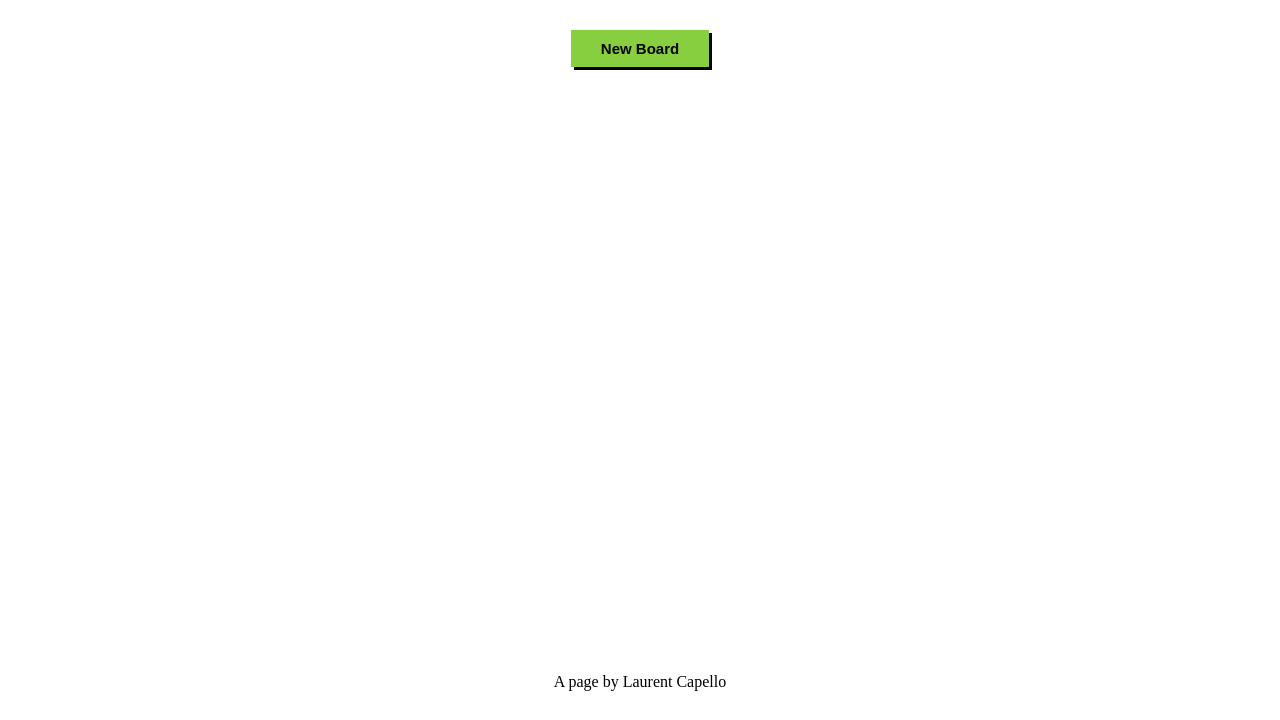
Repository: sokafootball/etch-a-sketc
Page: index.html
An editor plug-in stored every save of this project. The page is shown before and after the next save, followed by the edit.
The browser window is 1280 px wide. The pictures show the whole page.

Above is the page before, as saved 2020-04-18 11:21:50.

After the next save:
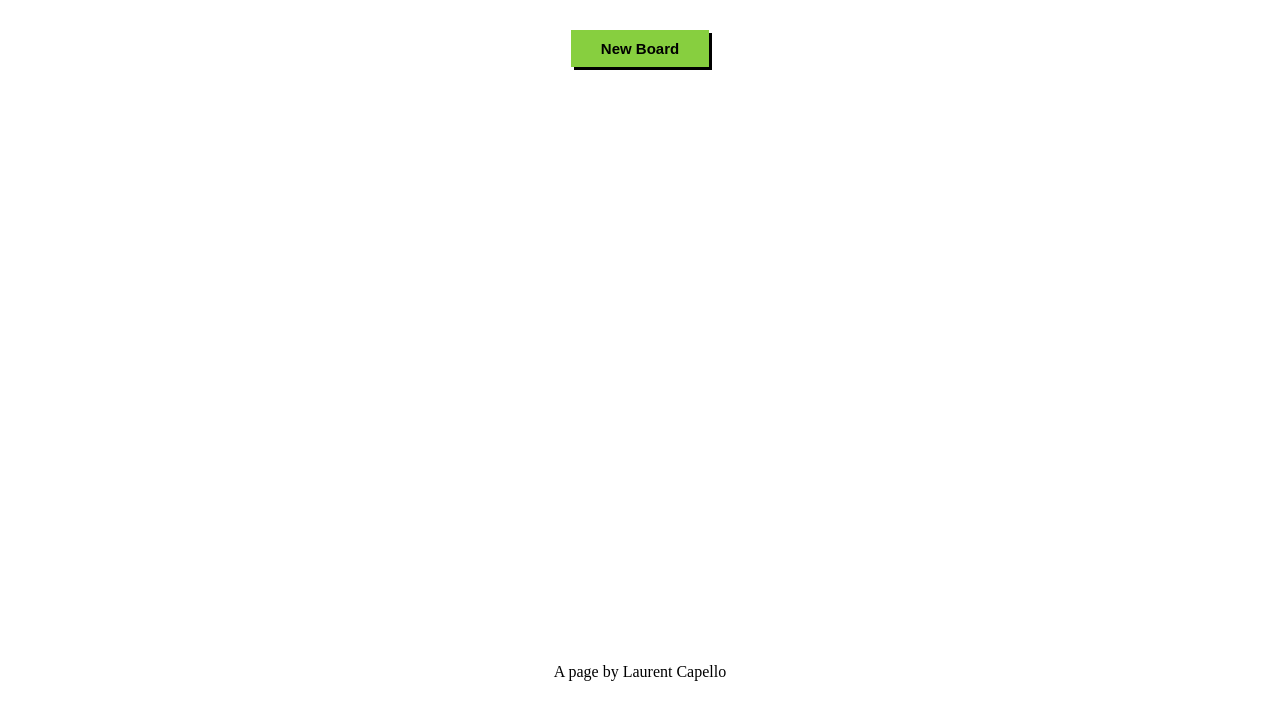
Saved 29 s later.
--- a/style.css
+++ b/style.css
@@ -8,7 +8,7 @@ footer{
   position: absolute;
   display: flex;
   justify-content: center;
-  bottom: 30px;
+  bottom: 40px;
 }
 
 .cell {
